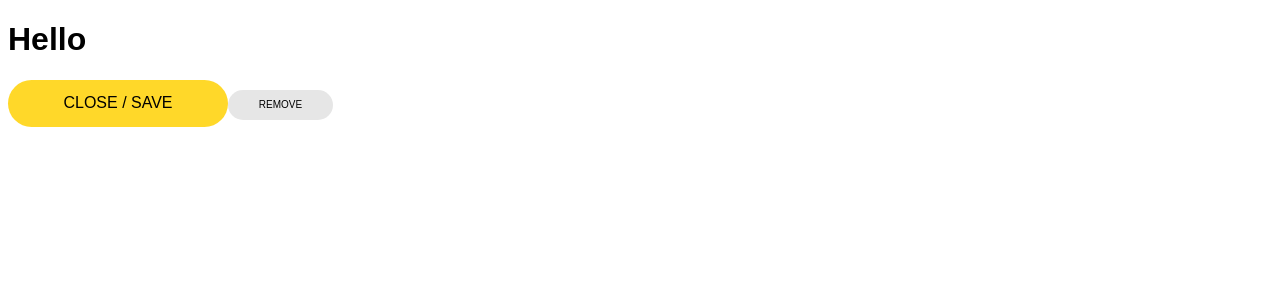
Repository: hanss007/fav-note
Page: /
An editor plug-in stored every save of this project. The page is shown before and after the next save, followed by the edit.
The browser window is 1280 px wide. The pictures show the whole page.
The project was rebuilt for these pictures with package versions that can differ from the ones it lists, and the page was loaded fresh each time.

Above is the page before, as saved 2020-11-18 21:37:16.

After the next save:
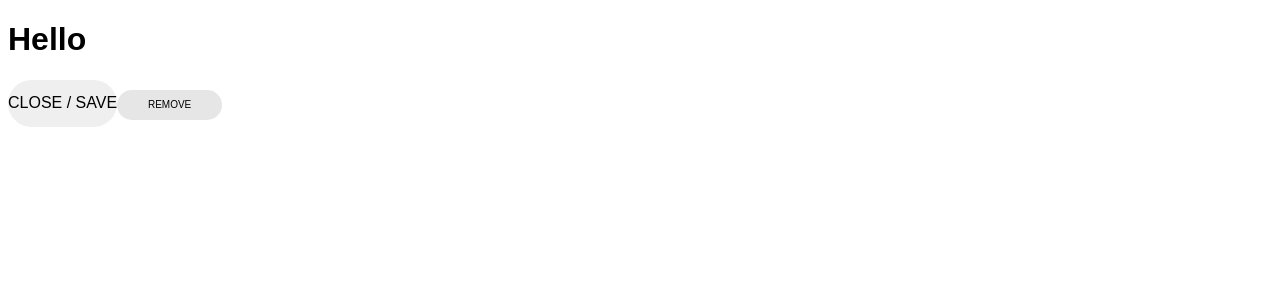
Saved 4 min 49 s later.
--- a/src/view/Root/Root.js
+++ b/src/view/Root/Root.js
@@ -4,7 +4,7 @@ import Button from 'components/atoms/Button/Button';
 import GlobalStyle from 'theme/GlobalStyle';
 
 const theme = {
-  color: 'black',
+  primary: 'black',
 };
 
 const Root = () => (
--- a/src/components/atoms/Button/Button.js
+++ b/src/components/atoms/Button/Button.js
@@ -2,7 +2,7 @@ import styled, { css } from 'styled-components';
 
 const Button = styled.button`
   padding: 0;
-  background-color: ${({ color }) => color || 'hsl(49, 100%, 58%)'};
+  background-color: ${(props) => props.theme.primary}
   width: ${({ width }) => width || '220px'};
   height: 47px;
   border: none;
